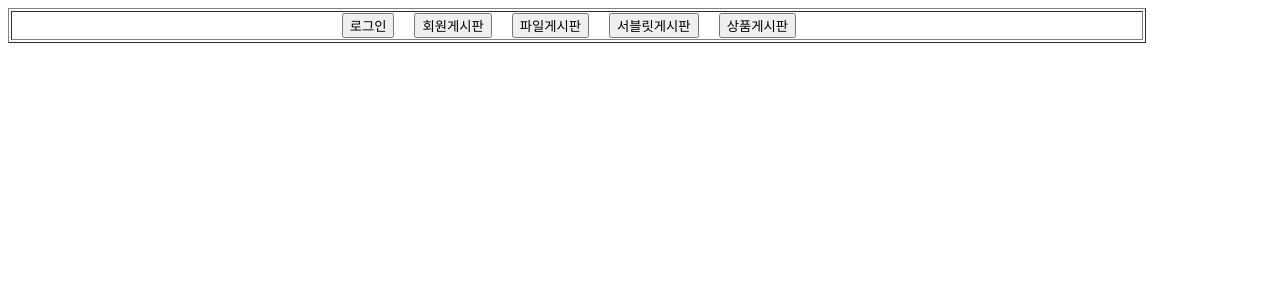
Repository: AHJ2616/Java
Page: http://localhost/board-jsp/Common/Link.jsp
An editor plug-in stored every save of this project. The page is shown before and after the next save, followed by the edit.
The browser window is 1280 px wide. The pictures show the whole page.
The page is served by Tomcat 9. Other server files are loaded and not shown.

Above is the page before, as saved 2024-07-29 07:15:01.

### jsp_workspace/board-jsp/src/main/webapp/Common/Link.jsp
<%@ page language="java" contentType="text/html; charset=UTF-8"
    pageEncoding="UTF-8"%>
<!-- 페이지 위에있는 메뉴 바 -->
<!-- include용 파일은 기본 태그가 필요 없다 -->

<table border= "1" width= "90%" > <!-- 두께 1 , 가로크기 90% -->
  <tr>
    <td align="center" >
    	<%
    	if(session.getAttribute("id")==null){ //session에 id가 없으면(로그인 안한 상태면) 로그인 표시 %>
    		<button type= "button" onclick= "location.href='../06Session/login_form.jsp'">로그인</button>&nbsp;&nbsp;&nbsp;&nbsp;
    	<% }else{//로그인상태면 로그아웃 표시 %>
    		<button type= "button" onclick= "location.href='../06Session/logout.jsp'">로그아웃</button>&nbsp;&nbsp;&nbsp;&nbsp;
    		<button type= "button" onclick= "location.href='../06Session/member.jsp'">회원정보</button>&nbsp;&nbsp;&nbsp;&nbsp;
    	<% }
    	%>
    	<!-- 게시판 링크 추가 -->
    	<button type= "button" onclick= "location.href='../08Board/List.jsp'">회원게시판</button>&nbsp;&nbsp;&nbsp;&nbsp;
    	<button type= "button" onclick= "location.href='../09File/List.jsp'">파일게시판</button>&nbsp;&nbsp;&nbsp;&nbsp;
    	<button type= "button" onclick= "location.href='../10Mvc/List.jsp'">서블릿게시판</button>&nbsp;&nbsp;&nbsp;&nbsp;
    	<button type= "button" onclick= "location.href='../11Item/List.jsp'">상품게시판</button>&nbsp;&nbsp;&nbsp;&nbsp;
    </td>
    <!-- 로그인상태를 보고 로그인 | 로그아웃 표시 -->

  </tr>
</table>

After the next save:
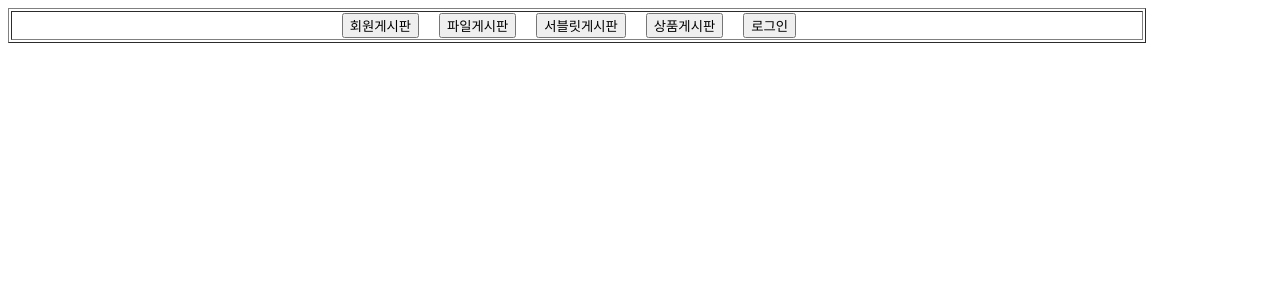
Saved 19 s later.
--- a/jsp_workspace/board-jsp/src/main/webapp/Common/Link.jsp
+++ b/jsp_workspace/board-jsp/src/main/webapp/Common/Link.jsp
@@ -6,6 +6,12 @@
 <table border= "1" width= "90%" > <!-- 두께 1 , 가로크기 90% -->
   <tr>
     <td align="center" >
+
+    	<!-- 게시판 링크 추가 -->
+    	<button type= "button" onclick= "location.href='../08Board/List.jsp'">회원게시판</button>&nbsp;&nbsp;&nbsp;&nbsp;
+    	<button type= "button" onclick= "location.href='../09File/List.jsp'">파일게시판</button>&nbsp;&nbsp;&nbsp;&nbsp;
+    	<button type= "button" onclick= "location.href='../10Mvc/List.jsp'">서블릿게시판</button>&nbsp;&nbsp;&nbsp;&nbsp;
+    	<button type= "button" onclick= "location.href='../11Item/List.jsp'">상품게시판</button>&nbsp;&nbsp;&nbsp;&nbsp;
     	<%
     	if(session.getAttribute("id")==null){ //session에 id가 없으면(로그인 안한 상태면) 로그인 표시 %>
     		<button type= "button" onclick= "location.href='../06Session/login_form.jsp'">로그인</button>&nbsp;&nbsp;&nbsp;&nbsp;
@@ -14,11 +20,6 @@
     		<button type= "button" onclick= "location.href='../06Session/member.jsp'">회원정보</button>&nbsp;&nbsp;&nbsp;&nbsp;
     	<% }
     	%>
-    	<!-- 게시판 링크 추가 -->
-    	<button type= "button" onclick= "location.href='../08Board/List.jsp'">회원게시판</button>&nbsp;&nbsp;&nbsp;&nbsp;
-    	<button type= "button" onclick= "location.href='../09File/List.jsp'">파일게시판</button>&nbsp;&nbsp;&nbsp;&nbsp;
-    	<button type= "button" onclick= "location.href='../10Mvc/List.jsp'">서블릿게시판</button>&nbsp;&nbsp;&nbsp;&nbsp;
-    	<button type= "button" onclick= "location.href='../11Item/List.jsp'">상품게시판</button>&nbsp;&nbsp;&nbsp;&nbsp;
     </td>
     <!-- 로그인상태를 보고 로그인 | 로그아웃 표시 -->
 
